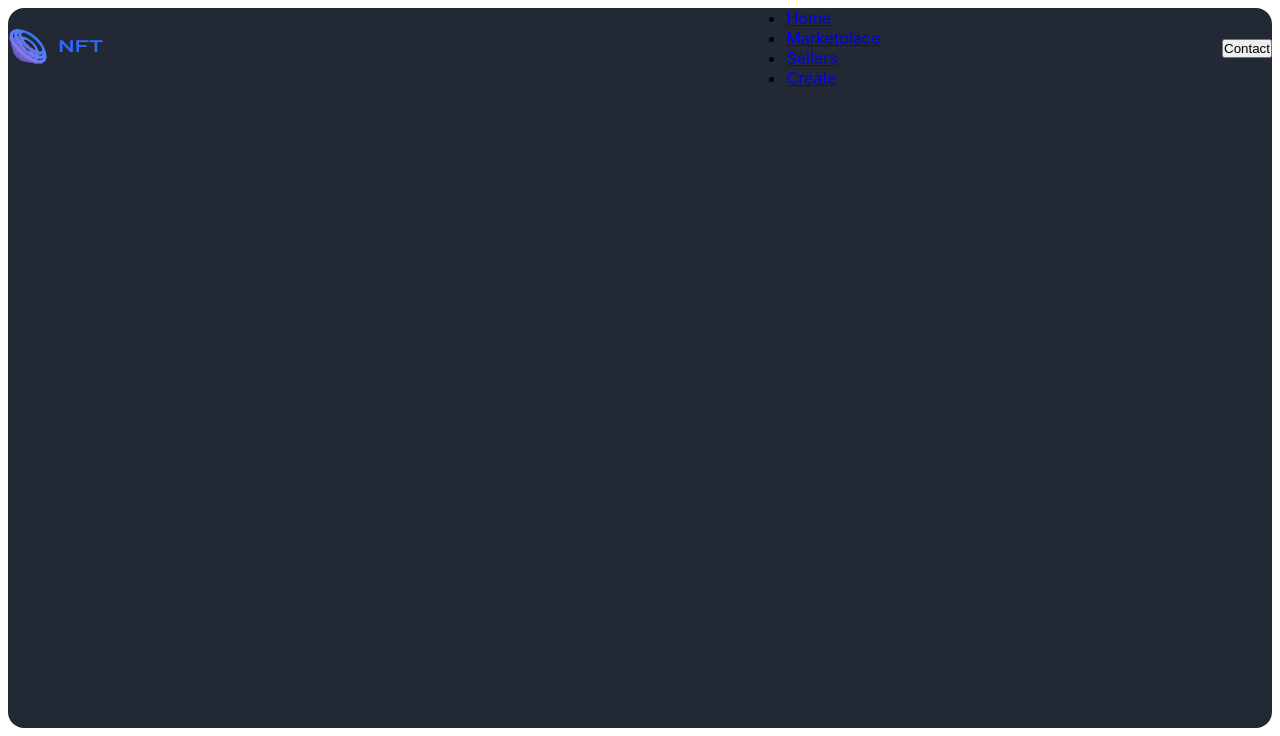
Repository: Ellisvelandia/NFT
Page: /
These files come from the project's save history. The page is drawn as it stood at one moment and after the next save; the edit follows.
The browser window is 1280 px wide. The pictures show the whole page.
The project was rebuilt for these pictures with package versions that can differ from the ones it lists, and the page was loaded fresh each time.

Above is the page before, as saved 2022-08-21 04:05:27.

### src/index.css
* {
  margin: 0;
  padding: 0;
  box-sizing: border-box;
}

body {
  margin: 0;
  font-family: -apple-system, BlinkMacSystemFont, "Segoe UI", "Roboto", "Oxygen",
    "Ubuntu", "Cantarell", "Fira Sans", "Droid Sans", "Helvetica Neue",
    sans-serif;
  -webkit-font-smoothing: antialiased;
  -moz-osx-font-smoothing: grayscale;
}

html {
  scroll-behavior: smooth;
}

### src/App.js
import React from 'react'
import Home from './components/Home'

export default function App() {
  return (
    <div>
      <Home/>
    </div>
  )
}

### src/components/Home.jsx
import React from "react";
import Navbar from "./Navbar";
import styled from "styled-components";

export default function Home() {
  return (
    <Section>
      <Navbar />
    </Section>
  );
}

const Section = styled.section`
  margin: 0.5rem;
  background-color: #232835;
  border-radius: 1rem;
  height: 100vh;
`;

### src/components/Navbar.jsx
import React from "react";
import styled from "styled-components";
import logo from "../assets/logo.png";
import Button from "./Button";

export default function Navbar() {
  return (
    <Nav>
      <div className="brand">
        <img src={logo} alt="logo" />
      </div>
      <div className="toggle"></div>
      <div className="links">
        <ul>
          <li>
            <a href="#">Home</a>
          </li>
          <li>
            <a href="#">Marketplace</a>
          </li>
          <li>
            <a href="#">Sellers</a>
          </li>
          <li>
            <a href="#">Create</a>
          </li>
        </ul>
      </div>
      <Button text="Contact"/>
    </Nav>
  );
}

const Nav = styled.nav`
display: flex;
justify-content: space-between;
align-items: center;
margin: 0 2 rem;
.toggle {
  display:nmonme;
}
`;

### src/components/Button.jsx
import React from "react";
import styled from "styled-components";

export default function Button({ text }) {
  return <Btn>{text}</Btn>;
}

const Btn = styled.button``;

Loaded but not shown: public/index.html (common file); src/index.js (common file)

After the next save:
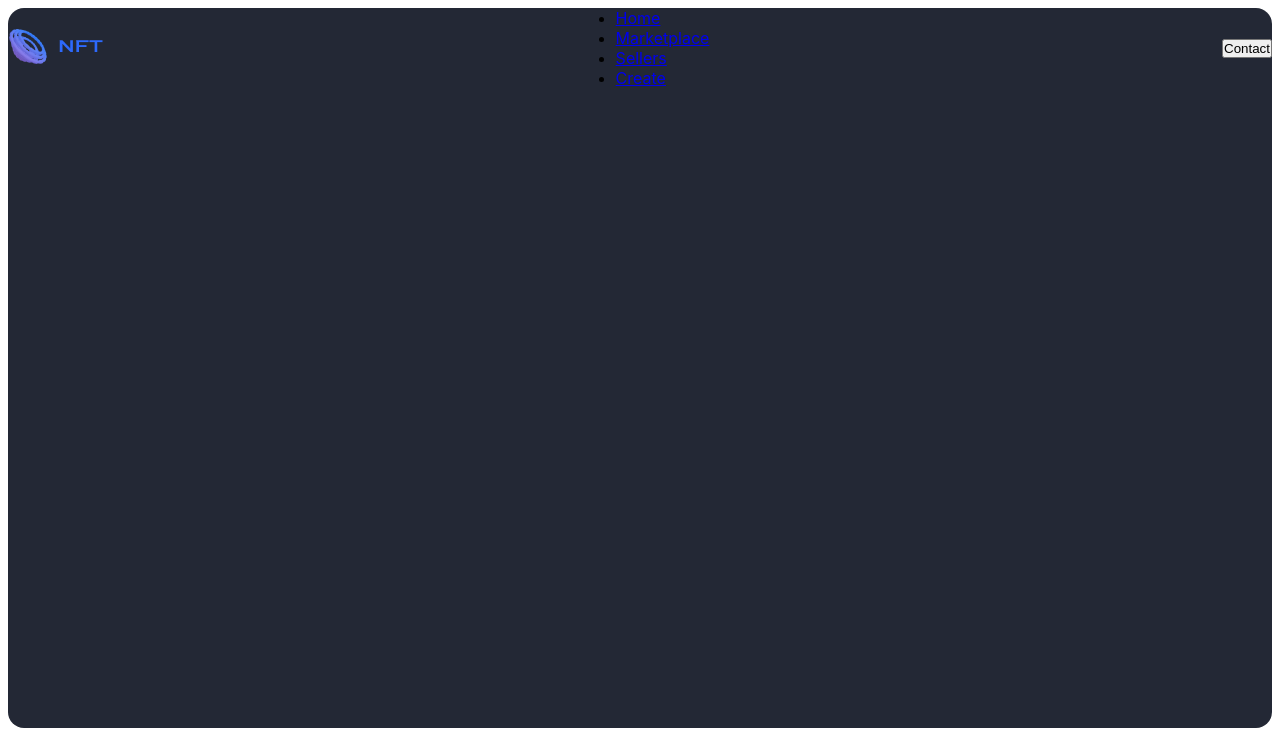
Saved 5 s later.
--- a/src/components/Navbar.jsx
+++ b/src/components/Navbar.jsx
@@ -37,6 +37,7 @@
 align-items: center;
 margin: 0 2 rem;
 .toggle {
-  display:nmonme;
+  display:none;
+
 }
 `;
